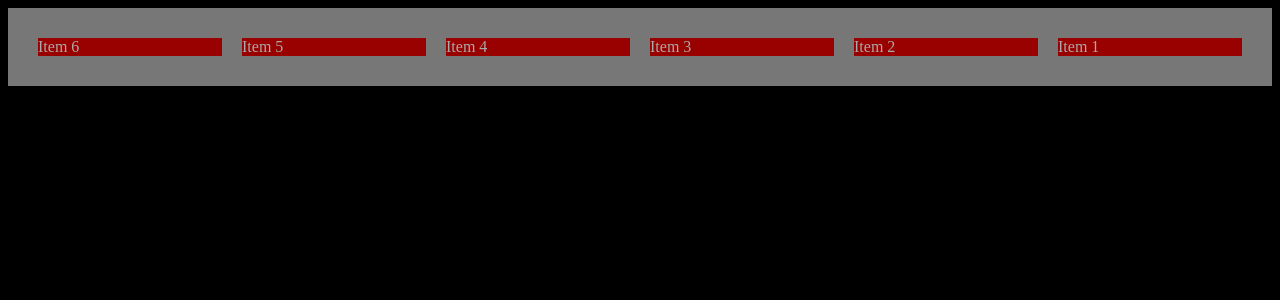
Repository: vitorgiovane/origamid-flexblog
Page: index.html
The author's editor kept a copy of each file at every save. The page is drawn from the files as they stood at one save, then again after the next save.
The browser window is 1280 px wide. The pictures show the whole page.

Above is the page before, as saved 2019-02-24 21:35:15.

### index.html
<!DOCTYPE html>
<html lang="en">
<head>
  <meta charset="UTF-8">
  <meta name="viewport" content="width=device-width, initial-scale=1.0">
  <meta http-equiv="X-UA-Compatible" content="ie=edge">
  <link rel="stylesheet" href="style.css">
  <title>Document</title>
</head>
<body>
  <div class="container">
    <div class="item">Item 1</div>
    <div class="item">Item 2</div>
    <div class="item">Item 3</div>
    <div class="item">Item 4</div>
    <div class="item">Item 5</div>
    <div class="item">Item 6</div>
  </div>

</body>
</html>

### style.css
body{
  background-color: black;
  color: #aaa;
}

.container{
  background-color: #777;
  padding:20px;
  display: flex;
  flex-direction: row-reverse;
}

.item{
  background-color: #900;
  margin:10px;
  flex: 1;
}

After the next save:
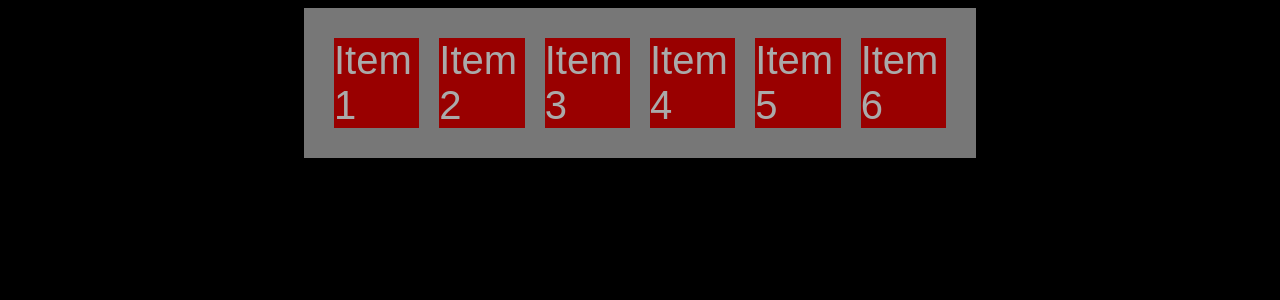
Saved 3 min 52 s later.
--- a/style.css
+++ b/style.css
@@ -7,11 +7,16 @@
   background-color: #777;
   padding:20px;
   display: flex;
-  flex-direction: row-reverse;
+  flex-direction: row;
+  width: 50%;
+  margin: auto;
+  flex-wrap: wrap-reverse;
 }
 
 .item{
   background-color: #900;
   margin:10px;
   flex: 1;
+  font-size: 40px;
+  font-family: sans-serif;
 }
